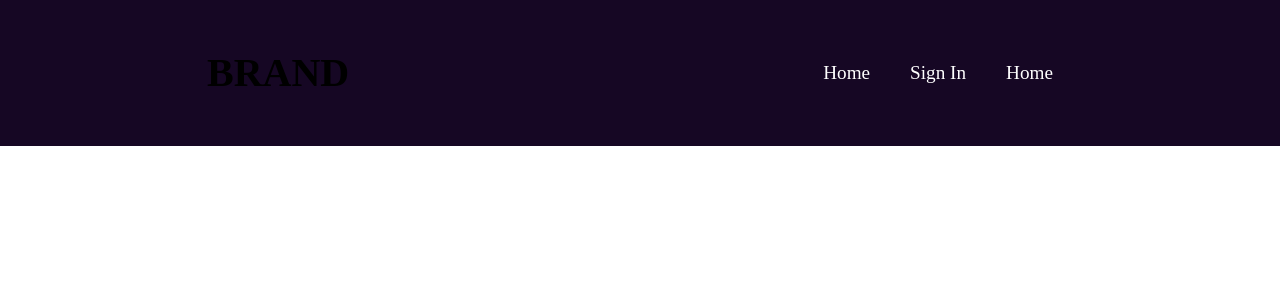
Repository: code-mtaani/ojwang-frontend
Page: /
An editor plug-in stored every save of this project. The page is shown before and after the next save, followed by the edit.
The browser window is 1280 px wide. The pictures show the whole page.
The project was rebuilt for these pictures with package versions that can differ from the ones it lists, and the page was loaded fresh each time. Also part of the build but not shown: vite.config.ts.

Above is the page before, as saved 2023-01-31 11:50:52.

### src/App.tsx
import Navigation from "./Components/Nav";

function App() {
  return (
    <div className="App">
      <Navigation />
    </div>
  );
}

export default App;

### src/index.css
body {
  margin: 0;
  padding: 0;
  min-width: 320px;
  min-height: 100vh;
  box-sizing: border-box;
}

### src/Components/Nav/index.js
export {default} from './Navigation.component'

### src/Components/Nav/Navigation.component.tsx
import React from "react";
import './nav.css'

const Navigation = () => {
  return (
    <nav className="navbar">
      <div className="left">
        <h1>BRAND</h1>
      </div>

      <div className="right">
        <input type="checkbox" id="check" />
        <label htmlFor="check" className="checkBtn">
          <svg
            xmlns="http://www.w3.org/2000/svg"
            width="16"
            height="16"
            fill="currentColor"
            className="bi bi-justify"
            viewBox="0 0 16 16"
          >
            <path
              fill-rule="evenodd"
              d="M2 12.5a.5.5 0 0 1 .5-.5h11a.5.5 0 0 1 0 1h-11a.5.5 0 0 1-.5-.5zm0-3a.5.5 0 0 1 .5-.5h11a.5.5 0 0 1 0 1h-11a.5.5 0 0 1-.5-.5zm0-3a.5.5 0 0 1 .5-.5h11a.5.5 0 0 1 0 1h-11a.5.5 0 0 1-.5-.5zm0-3a.5.5 0 0 1 .5-.5h11a.5.5 0 0 1 0 1h-11a.5.5 0 0 1-.5-.5z"
            />
          </svg>
        </label>

        <ul className="list">
          <li> <a href="#">Home</a></li>
          <li> <a href="#">Sign In</a></li>
          <li> <a href="#">Home</a></li>

        </ul>
      </div>
    </nav>
  );
};

export default Navigation;

### src/Components/Nav/nav.css
.navbar{
    background-color: rgb(22,7,36);
    display: flex;
    justify-content: space-around;
    align-items: center;
    line-height: 5rem;
}

.left h1{
    font-size: 2.5rem;
    cursor: pointer;
}

.checkBtn{
    display: none;
}
#check{
    display: none;
}
.checkBtn{
    cursor: pointer;
    font-size: 30px;
    float: right;
    color: #ed1e79;
    line-height: 88px;
}

.right ul{
    display: flex;
    list-style: none;
}
.right ul li a {
    padding: 10px 20px;
    font-size: 1.2rem;
    color: white;
    cursor: pointer;
    text-decoration: none;
    transition: all 1s;
}

.right ul li a:hover{
    background-color: #fff;
    border-radius: 7px;
    color: rgb(22, 7, 36);
}

/* ================================== Media Queries=================================================== */

@media screen and (max-width:805px){
    .list{
        width: 100%;
        height: 100vh;
        background-color: rgb(22, 7, 36);
    }

    #check{
        display: none;
    }
    .checkBtn{
        display: block;
    }
    #check:checked~ul{
        left: 0%
    }
}

Loaded but not shown: index.html (common file); src/main.tsx (common file)

After the next save:
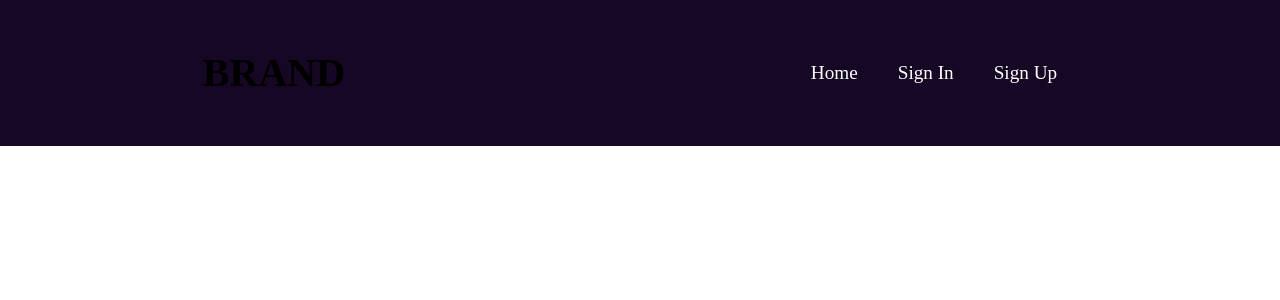
Saved 5 s later.
--- a/src/Components/Nav/Navigation.component.tsx
+++ b/src/Components/Nav/Navigation.component.tsx
@@ -29,7 +29,7 @@
         <ul className="list">
           <li> <a href="#">Home</a></li>
           <li> <a href="#">Sign In</a></li>
-          <li> <a href="#">Home</a></li>
+          <li> <a href="#">Sign Up</a></li>
 
         </ul>
       </div>
